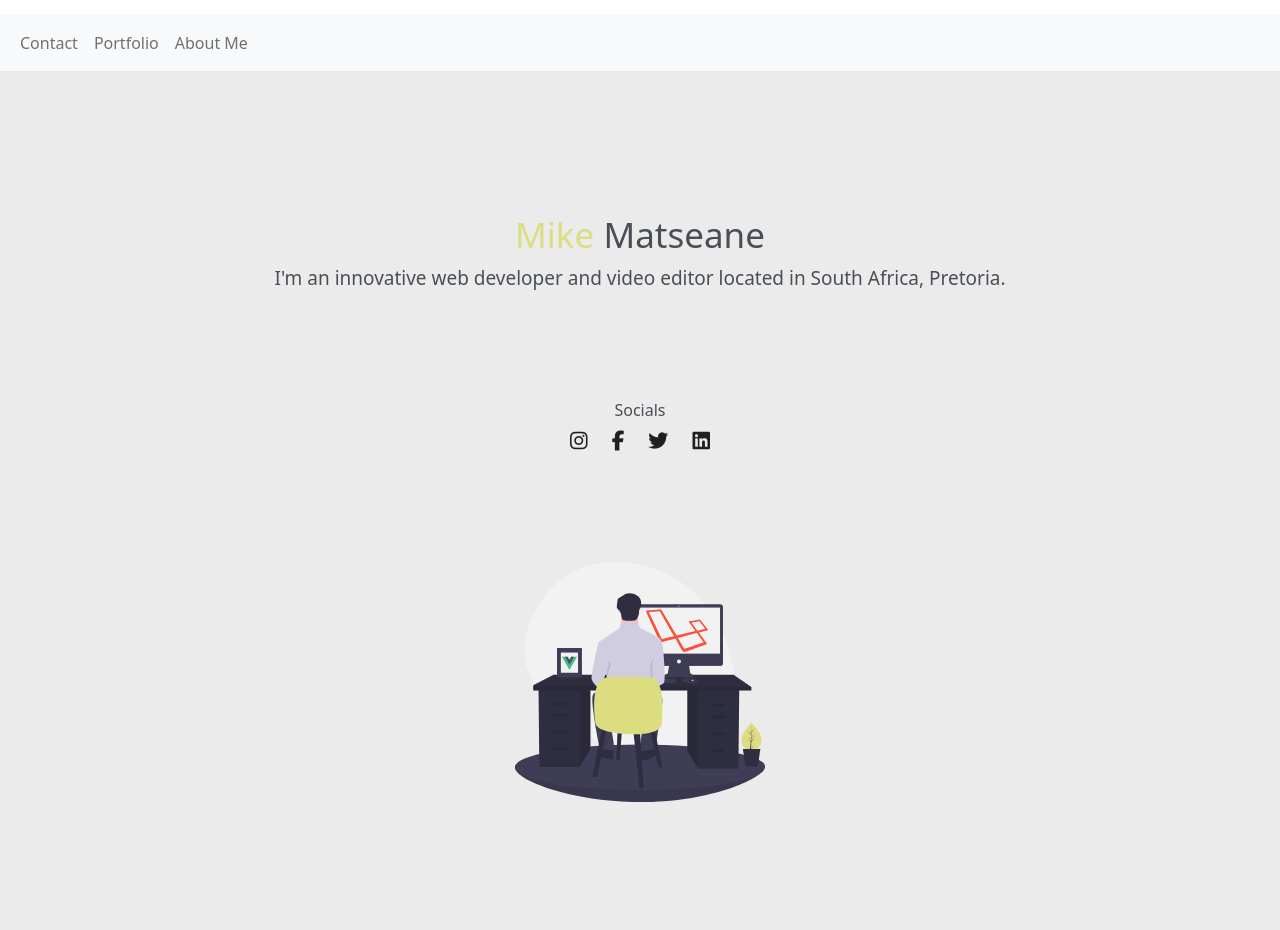
Repository: mikempho/resume10-Final
Page: resume10.html
The author's editor kept a copy of each file at every save. The page is drawn from the files as they stood at one save, then again after the next save.
The browser window is 1280 px wide. The pictures show the whole page.
Some web libraries are served in a nearby version.

Above is the page before, as saved 2022-05-16 14:13:18.

After the next save:
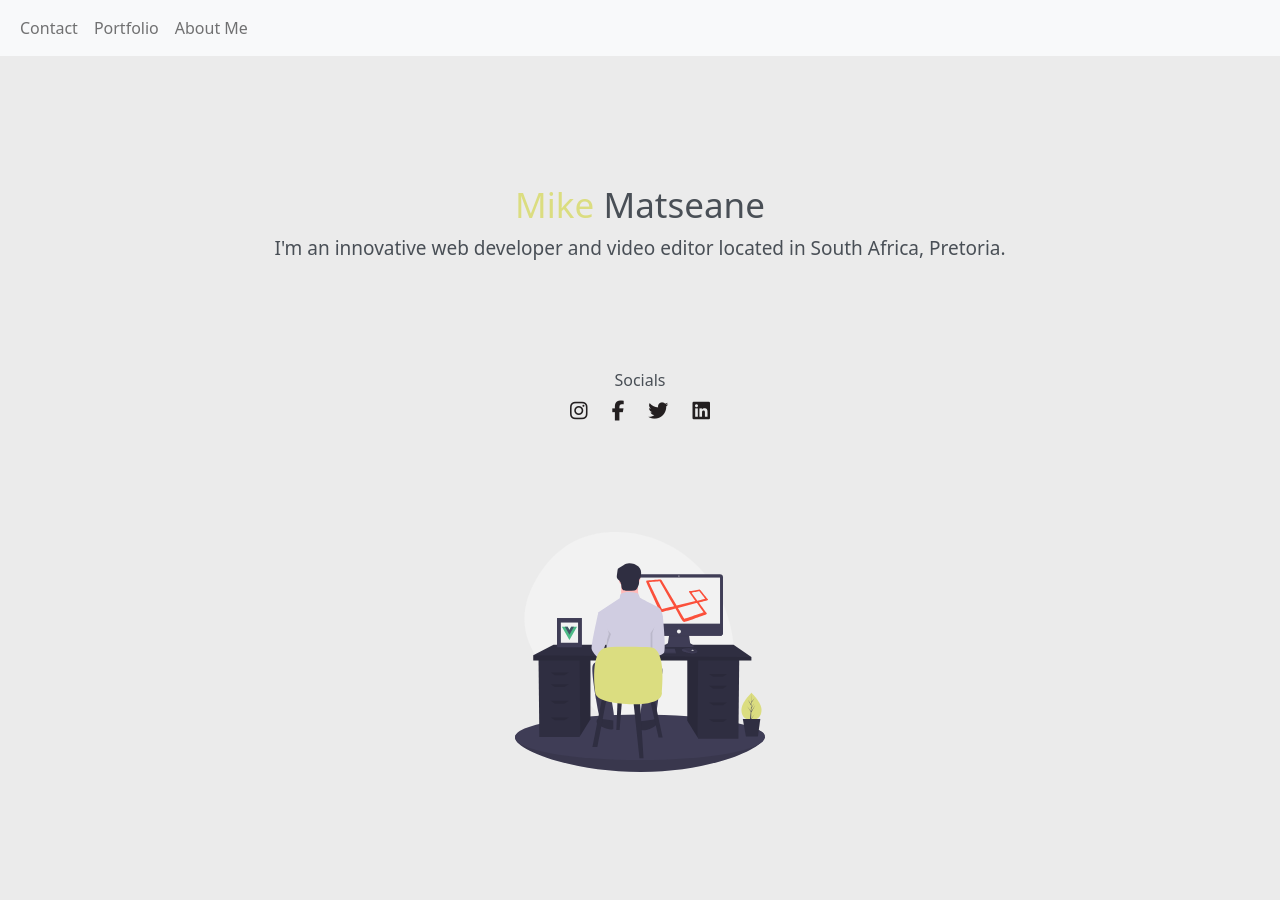
Saved 18 s later.
--- a/css/style.css
+++ b/css/style.css
@@ -24,9 +24,6 @@ span {
 }
 
 /* navbar */
-.navbar {
-    margin: 15px auto;
-}
 
 /* hero section */
 .hero {
